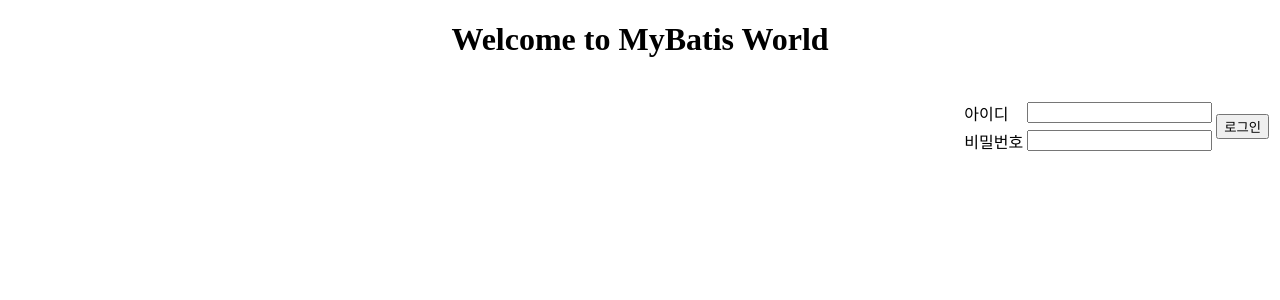
Repository: kimalbab/07_mybatis
Page: http://localhost/mybatisProject/
These files come from the project's save history. The page is drawn as it stood at one moment and after the next save; the edit follows.
The browser window is 1280 px wide. The pictures show the whole page.
The page is served by Tomcat 9. Other server files are loaded and not shown.

Above is the page before, as saved 2022-08-12 05:38:47.

### mybatisProject/src/main/webapp/index.jsp
<%@ page language="java" contentType="text/html; charset=UTF-8"
    pageEncoding="UTF-8"%>
<%@ taglib prefix="c" uri="http://java.sun.com/jsp/jstl/core"  %>
<!DOCTYPE html>
<html>
<head>
<meta charset="UTF-8">
<title>Insert title here</title>
</head>
<body>
	<h1>여기는 index.jsp임</h1>
	<jsp:forward page="WEB-INF/views/main.jsp"/>

</body>
</html>

### mybatisProject/src/main/webapp/WEB-INF/views/main.jsp
<%@ page language="java" contentType="text/html; charset=UTF-8"
    pageEncoding="UTF-8"%>
<%@ taglib prefix="c" uri="http://java.sun.com/jsp/jstl/core"  %>
<!DOCTYPE html>
<html>
<head>
<meta charset="UTF-8">
<title>Insert title here</title>
</head>
<body>
	<jsp:include page="common/menubar.jsp"/>

</body>
</html>

### mybatisProject/src/main/webapp/WEB-INF/views/common/menubar.jsp
<%@ page language="java" contentType="text/html; charset=UTF-8"
    pageEncoding="UTF-8"%>
<%@ taglib prefix="c" uri="http://java.sun.com/jsp/jstl/core"  %>
<!DOCTYPE html>
<html>
<head>
<meta charset="UTF-8">
<title>Insert title here</title>
</head>
<body>
	<h1 align="center">Welcome to MyBatis World</h1>
	<br>
	<div class="login-area" align="right">

		<c:choose>
			<c:when test="${ empty sessionScope.loginUser }">
			<!-- 로고인 전 -->
				<form action="" method="post">
					<table>
						<tr>
							<td>아이디</td>
							<td><input type="text" name="userId" required></td>
							<td rowspan="2"><button type="submit">로그인</button></td>
						</tr>
						<tr>
							<td>비밀번호</td>
							<td><input type="password" name="userPwd" required></td>
						</tr>
						<tr>
							<td></td>
							<td></td>
							<td></td>
						</tr>
					</table>
				</form>
			</c:when>
			<c:otherwise>
			<!-- 로고인 후 -->

			</c:otherwise>
		</c:choose>

	</div>
</body>
</html>

After the next save:
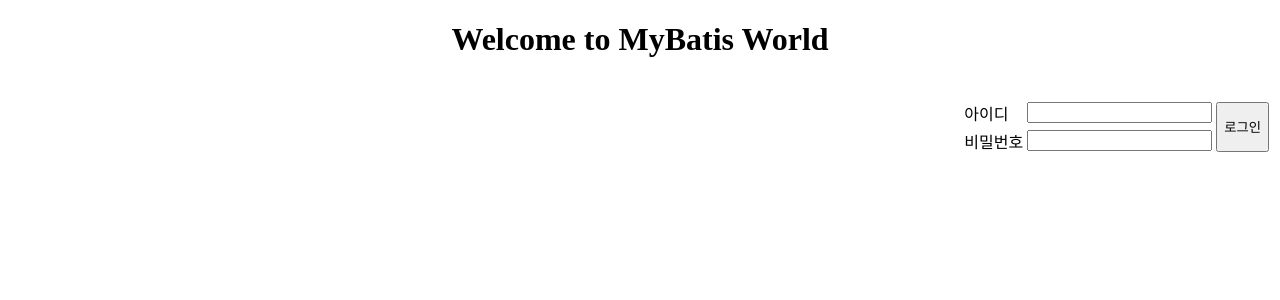
Saved 25 s later.
--- a/mybatisProject/src/main/webapp/WEB-INF/views/common/menubar.jsp
+++ b/mybatisProject/src/main/webapp/WEB-INF/views/common/menubar.jsp
@@ -20,7 +20,7 @@
 						<tr>
 							<td>아이디</td>
 							<td><input type="text" name="userId" required></td>
-							<td rowspan="2"><button type="submit">로그인</button></td>
+							<td rowspan="2"><button type="submit" style="height:50px;">로그인</button></td>
 						</tr>
 						<tr>
 							<td>비밀번호</td>
